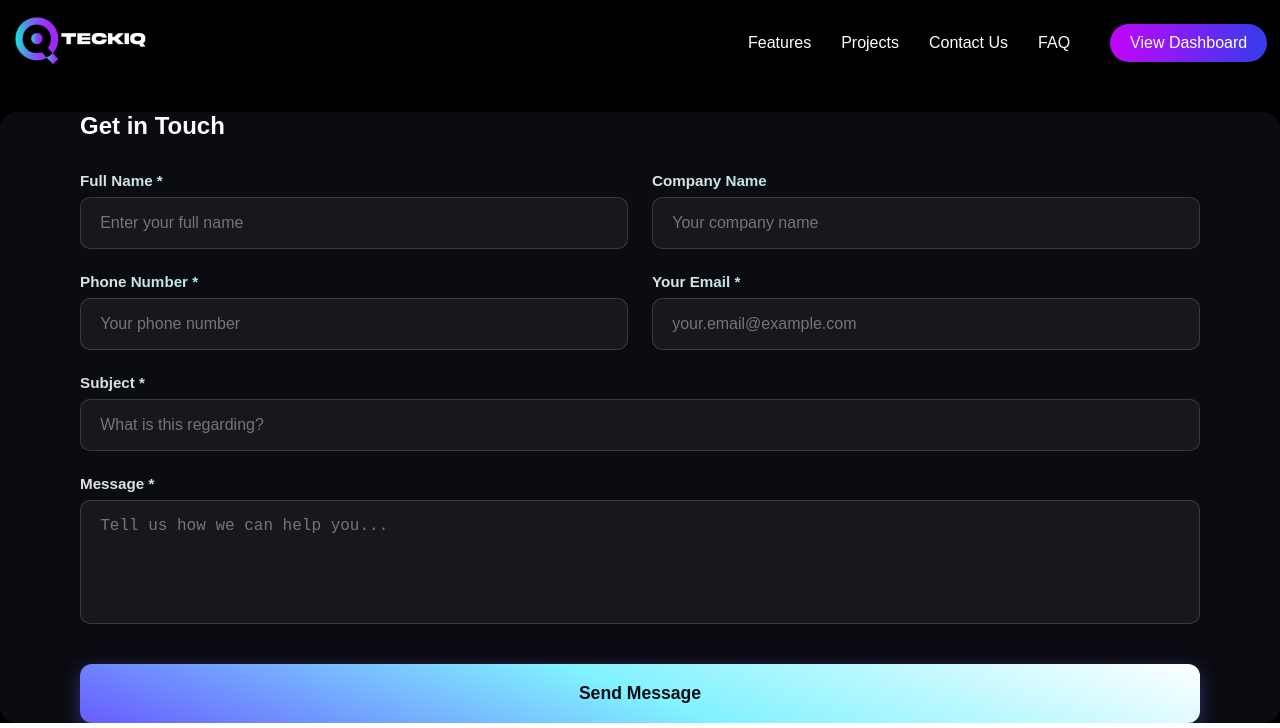
Repository: Uge-dev/Tekagon
Page: frontend/pages/contact.html
An editor plug-in stored every save of this project. The page is shown before and after the next save, followed by the edit.
The browser window is 1280 px wide. The pictures show the whole page.

Above is the page before, as saved 2026-05-05 15:53:22.

### frontend/pages/contact.html
<!DOCTYPE html>
<html lang="en">

<head>
    <meta charset="UTF-8">
    <meta name="viewport" content="width=device-width, initial-scale=1.0">
    <title>Admin Dashboard - Tekagon</title>
    <link rel="stylesheet" href="../styles/contact.css">
    <link rel="stylesheet" href="../styles/style.css">
    <link rel="stylesheet" href="https://cdnjs.cloudflare.com/ajax/libs/font-awesome/6.4.0/css/all.min.css">


    <style>
        body {
    font-family: "Poppins", sans-serif;
    background: linear-gradient(30deg, #000000, #000000);

    /* Reduced to move content up */
}
    </style>
</head>

<body>
  <header class="main-header">
  <div class="header-container">
    <div class="logo">
      <a href="#"><img src="../Images/TeckIQ white text.png" alt="TeckIQ Logo"></a>
    </div>

    <nav class="nav-wrapper" id="menu-item" >
      <div class="nav-links">
        <a href="#feature">Features</a>
        <a href="#project">Projects</a>
        <a href="#contact">Contact Us</a>
        <a href="#FAQ">FAQ</a>
      </div>
      <a href="./pages/Dasnboard.html" class="dashboard-btn">View Dashboard</a>
    </nav>

    <button class="hamburger-toggle" id="mobile-toggle" aria-label="Toggle Navigation">
      <span class="bar"></span>
      <span class="bar"></span>
      <span class="bar"></span>
    </button>
  </div>
</header>



   <section class="contact-section". style="margin-top: 7rem; padding: 0rem 5rem;">
        <h2 class="header-title">Get in Touch</h2>
        <form class="contact-form" id="contactForm" action="https://formsubmit.co/tekagon.digital@gmail.com"
            method="POST">
            <!-- FormSubmit Configuration -->
            <input type="text" name="_honey" style="display:none">
            <input type="hidden" name="_captcha" value="false">
            <input type="hidden" name="_template" value="table">
            <input type="hidden" name="_subject" value="New Contact Form Submission from Website">

            <!-- Optional: Redirect after success -->
            <!-- <input type="hidden" name="_next" value="https://yourwebsite.com/thank-you.html"> -->

            <!-- Optional: CC other emails -->
            <!-- <input type="hidden" name="_cc" value="other@email.com"> -->

            <div class="contact-row">
                <div class="contact-group">
                    <label>Full Name <span>*</span></label>
                    <input type="text" id="fullName" name="name" placeholder="Enter your full name" required />
                    <div class="error-text" id="nameError">Please enter your full name</div>
                </div>
                <div class="contact-group">
                    <label>Company Name</label>
                    <input type="text" id="companyName" name="company" placeholder="Your company name" />
                </div>
            </div>

            <div class="contact-row">
                <div class="contact-group">
                    <label>Phone Number <span>*</span></label>
                    <input type="tel" id="phoneNumber" name="phone" placeholder="Your phone number" required />
                    <div class="error-text" id="phoneError">Please enter a valid phone number</div>
                </div>
                <div class="contact-group">
                    <label>Your Email <span>*</span></label>
                    <input type="email" id="email" name="email" placeholder="your.email@example.com" required />
                    <div class="error-text" id="emailError">Please enter a valid email address</div>
                </div>
            </div>

            <div class="contact-group">
                <label>Subject <span>*</span></label>
                <input type="text" id="subject" name="subject" placeholder="What is this regarding?" required />
                <div class="error-text" id="subjectError">Please enter a subject</div>
            </div>

            <div class="contact-group">
                <label>Message <span>*</span></label>
                <textarea id="message" name="message" rows="5" placeholder="Tell us how we can help you..."
                    required></textarea>
                <div class="error-text" id="messageError">Please enter your message</div>
            </div>

            <div class="error-message" id="formError">
                <!-- Error message will appear here -->
            </div>

            <button type="submit" id="submitBtn" class="contact-submit">
                <div class="submit-loader"></div>
                <span class="submit-text">
                    <i data-feather="send"></i> Send Message
                </span>
            </button>
        </form>
    </section>

    <!-- Sending Overlay -->
    <div class="sending-overlay" id="sendingOverlay">
        <div class="sending-animation">
            <div class="spinner"></div>
            <h3>Sending Your Message</h3>
            <p>Please wait while we send your message. This will only take a moment.</p>
        </div>
    </div>

    <!-- Success Popup -->
    <div class="success-popup" id="successPopup">
        <div class="success-content">
            <div class="success-icon">
                <i data-feather="check"></i>
            </div>
            <h2>Message Sent Successfully!</h2>
            <p>Thank you for contacting us. We've received your message and will get back to you within 24 hours.</p>
            <button class="close-btn" id="closeSuccess">Got It</button>
        </div>
    </div>
</body>

</html>

### frontend/styles/contact.css
 .contact-section {
   background: #0b0c12;
   padding: 1rem;
   color: #fff;
   padding: 0px 3rem;
   display: flex;
   flex-direction: column;
   gap: 2rem;
   border-radius: 16px;
   box-shadow: 0 0 30px rgba(0, 0, 0, 0.4);
   width: 100%;


   justify-content: center;

 }

 .contact-title {
   font-size: 1.8rem;
   font-weight: 600;
   margin-bottom: 1.5rem;
   color: #b8c6ff;
   border-left: 4px solid #81f2ff;
   padding-left: 16px;
   text-transform: uppercase;
   letter-spacing: 0.05em;
   background: linear-gradient(to right, rgb(224, 224, 224), #81f2ff, #675cff);
   -webkit-background-clip: text;
   -webkit-text-fill-color: transparent;
 }

 .contact-form {
   display: flex;
   flex-direction: column;
   gap: 1.5rem;
 }

 .contact-row {
   display: grid;
   grid-template-columns: repeat(auto-fit, minmax(250px, 1fr));
   gap: 1.5rem;
 }

 .contact-group {
   display: flex;
   flex-direction: column;
   gap: 0.5rem;
 }

 .contact-group label {
   font-size: 0.95rem;
   background: linear-gradient(to right, rgb(224, 224, 224), #81f2ff, #675cff);
   -webkit-background-clip: text;
   -webkit-text-fill-color: transparent;
   font-weight: 600;
 }

 .contact-group label span {
   color: #ff7575;
 }

 .contact-group input,
 .contact-group textarea {
   background: rgba(255, 255, 255, 0.05);
   border: 1px solid rgba(255, 255, 255, 0.15);
   color: #fff;
   border-radius: 10px;
   padding: 1rem 1.2rem;
   font-size: 1rem;
   transition: all 0.3s ease;
   resize: none;
 }

 .contact-group input:focus,
 .contact-group textarea:focus {
   outline: none;
   border-color: #81f2ff;
   box-shadow: 0 0 0 2px rgba(129, 242, 255, 0.2);
 }

 .contact-group input.error,
 .contact-group textarea.error {
   border-color: #ff7575;
   box-shadow: 0 0 0 2px rgba(255, 117, 117, 0.2);
 }

 .contact-submit {
   display: flex;
   align-items: center;
   justify-content: center;
   gap: 12px;
   background: linear-gradient(200deg, rgb(255, 255, 255), #81f2ff, #675cff);
   border: none;
   border-radius: 12px;
   padding: 1.2rem 2.5rem;
   color: #0b0c12;
   font-size: 1.1rem;
   font-weight: 600;
   cursor: pointer;
   box-shadow: 0 6px 18px rgba(111, 101, 255, 0.4);
   transition: all 0.3s ease;
   margin-top: 1rem;
   position: relative;
   overflow: hidden;
 }

 .contact-submit:hover {
   transform: translateY(-3px);
   box-shadow: 0 10px 25px rgba(111, 101, 255, 0.6);
 }

 .contact-submit:active {
   transform: translateY(-1px);
 }

 .contact-submit:disabled {
   opacity: 0.7;
   cursor: not-allowed;
   transform: none;
 }

 .contact-submit i {
   width: 20px;
   height: 20px;
 }

 .submit-loader {
   display: none;
   width: 20px;
   height: 20px;
   border: 3px solid rgba(11, 12, 18, 0.3);
   border-top: 3px solid #0b0c12;
   border-radius: 50%;
   animation: spin 1s linear infinite;
 }

 .contact-submit.sending .submit-text {
   display: none;
 }

 .contact-submit.sending .submit-loader {
   display: block;
 }

 .error-text {
   color: #ff7575;
   font-size: 0.85rem;
   margin-top: 0.3rem;
   display: none;
 }

 .sending-overlay {
   position: fixed;
   top: 0;
   left: 0;
   width: 100%;
   height: 100%;
   background-color: rgba(0, 0, 0, 0.85);
   display: flex;
   justify-content: center;
   align-items: center;
   z-index: 1000;
   opacity: 0;
   visibility: hidden;
   transition: opacity 0.3s, visibility 0.3s;
 }

 .sending-overlay.active {
   opacity: 1;
   visibility: visible;
 }

 .sending-animation {
   background: rgba(20, 21, 30, 0.95);
   padding: 50px;
   border-radius: 20px;
   text-align: center;
   max-width: 450px;
   width: 90%;
   box-shadow: 0 20px 60px rgba(0, 0, 0, 0.5);
   transform: scale(0.9);
   animation: scaleIn 0.3s forwards;
   border: 1px solid rgba(129, 242, 255, 0.2);
 }

 @keyframes scaleIn {
   to {
     transform: scale(1);
   }
 }

 .spinner {
   width: 70px;
   height: 70px;
   border: 4px solid rgba(129, 242, 255, 0.1);
   border-top: 4px solid #81f2ff;
   border-radius: 50%;
   animation: spin 1s linear infinite;
   margin: 0 auto 25px;
 }

 @keyframes spin {
   0% {
     transform: rotate(0deg);
   }

   100% {
     transform: rotate(360deg);
   }
 }

 .sending-animation h3 {
   color: #81f2ff;
   margin-bottom: 15px;
   font-size: 24px;
   background: linear-gradient(to right, #81f2ff, #675cff);
   -webkit-background-clip: text;
   -webkit-text-fill-color: transparent;
 }

 .sending-animation p {
   color: #b8c6ff;
   font-size: 16px;
   opacity: 0.8;
 }

 .success-popup {
   position: fixed;
   top: 0;
   left: 0;
   width: 100%;
   height: 100%;
   background-color: rgba(0, 0, 0, 0.9);
   display: flex;
   justify-content: center;
   align-items: center;
   z-index: 1001;
   opacity: 0;
   visibility: hidden;
   transition: opacity 0.3s, visibility 0.3s;
 }

 .success-popup.active {
   opacity: 1;
   visibility: visible;
 }

 .success-content {
   background: rgba(20, 21, 30, 0.95);
   padding: 60px 50px;
   border-radius: 20px;
   text-align: center;
   max-width: 500px;
   width: 90%;
   box-shadow: 0 20px 60px rgba(0, 0, 0, 0.5);
   transform: scale(0.9);
   animation: popIn 0.5s forwards;
   border: 1px solid rgba(46, 204, 113, 0.2);
 }

 @keyframes popIn {
   0% {
     transform: scale(0.9);
     opacity: 0;
   }

   100% {
     transform: scale(1);
     opacity: 1;
   }
 }

 .success-icon {
   width: 100px;
   height: 100px;
   background: linear-gradient(135deg, #2ecc71, #27ae60);
   border-radius: 50%;
   display: flex;
   justify-content: center;
   align-items: center;
   margin: 0 auto 30px;
   animation: bounce 0.6s;
 }

 @keyframes bounce {

   0%,
   20%,
   50%,
   80%,
   100% {
     transform: translateY(0);
   }

   40% {
     transform: translateY(-15px);
   }

   60% {
     transform: translateY(-7px);
   }
 }

 .success-icon i {
   color: white;
   font-size: 50px;
 }

 .success-content h2 {
   margin-bottom: 20px;
   color: #2ecc71;
   font-size: 32px;
   font-weight: 700;
 }

 .success-content p {
   margin-bottom: 35px;
   color: #b8c6ff;
   font-size: 18px;
   line-height: 1.6;
 }

 .close-btn {
   background: linear-gradient(135deg, #2ecc71, #27ae60);
   color: white;
   border: none;
   padding: 16px 40px;
   font-size: 17px;
   border-radius: 12px;
   cursor: pointer;
   transition: all 0.3s ease;
   font-weight: 600;
 }

 .close-btn:hover {
   transform: translateY(-2px);
   box-shadow: 0 8px 20px rgba(46, 204, 113, 0.3);
 }

 .error-message {
   background: linear-gradient(135deg, rgba(255, 234, 167, 0.1), rgba(250, 177, 160, 0.1));
   color: #ff7575;
   padding: 20px;
   border-radius: 12px;
   margin-top: 25px;
   border-left: 5px solid #ff7575;
   display: none;
   font-weight: 600;
   text-align: center;
   backdrop-filter: blur(10px);
 }

 .error-message.active {
   display: block;
   animation: slideIn 0.3s ease;
 }

 @keyframes slideIn {
   from {
     opacity: 0;
     transform: translateY(-10px);
   }

   to {
     opacity: 1;
     transform: translateY(0);
   }
 }

 @media (max-width: 768px) {
   body {
     padding: 1rem;
   }

   .contact-section {
     padding: 2rem 1.5rem;
   }

   .contact-row {
     grid-template-columns: 1fr;
   }

   .contact-title {
     font-size: 1.5rem;
   }

   .sending-animation,
   .success-content {
     padding: 30px 20px;
   }
 }

 @media (max-width: 480px) {
   .contact-section {
     padding: 1.5rem 1rem;
   }

   .contact-submit {
     padding: 1rem 1.5rem;
   }
 }

Loaded but not shown: frontend/styles/style.css (1608 lines, source omitted)

After the next save:
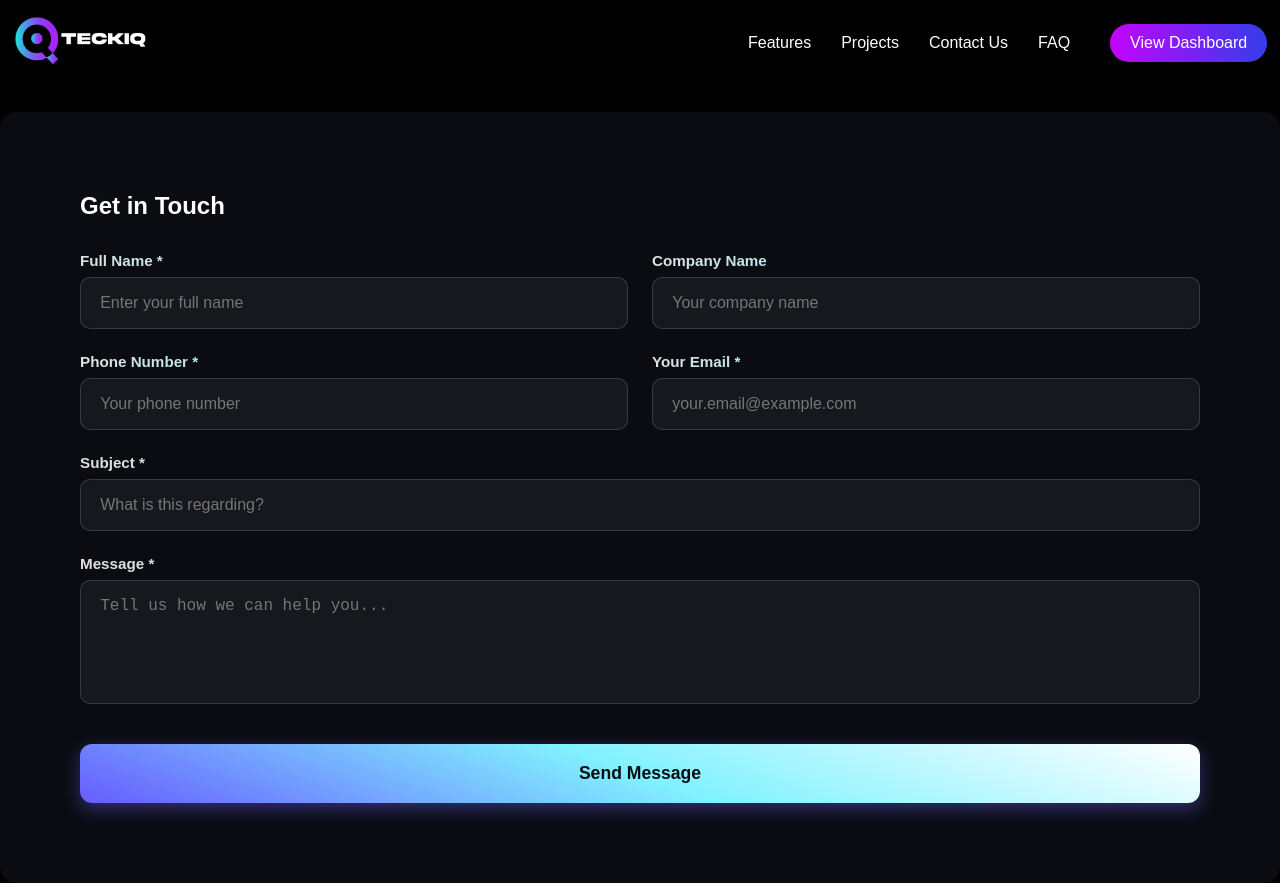
Saved 7 s later.
--- a/frontend/pages/contact.html
+++ b/frontend/pages/contact.html
@@ -47,7 +47,7 @@
 
 
 
-   <section class="contact-section". style="margin-top: 7rem; padding: 0rem 5rem;">
+   <section class="contact-section". style="margin-top: 7rem; padding: 5rem 5rem;">
         <h2 class="header-title">Get in Touch</h2>
         <form class="contact-form" id="contactForm" action="https://formsubmit.co/tekagon.digital@gmail.com"
             method="POST">
